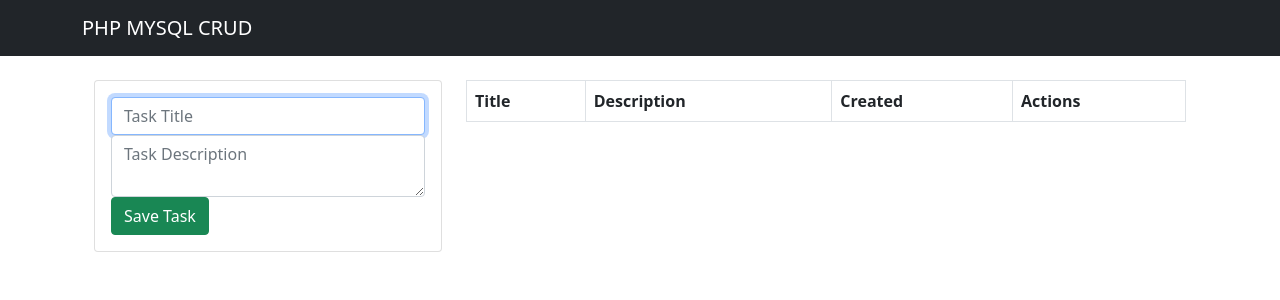
Repository: NickArregoces/Task_Crud
Page: http://localhost/
The author's editor kept a copy of each file at every save. The page is drawn from the files as they stood at one save, then again after the next save.
The browser window is 1280 px wide. The pictures show the whole page.
Some web libraries are served in a nearby version. The page is run by PHP 8.4 with error messages shown; the project is at /var/www/html/.

Above is the page before, as saved 2022-03-19 07:23:07.

After the next save:
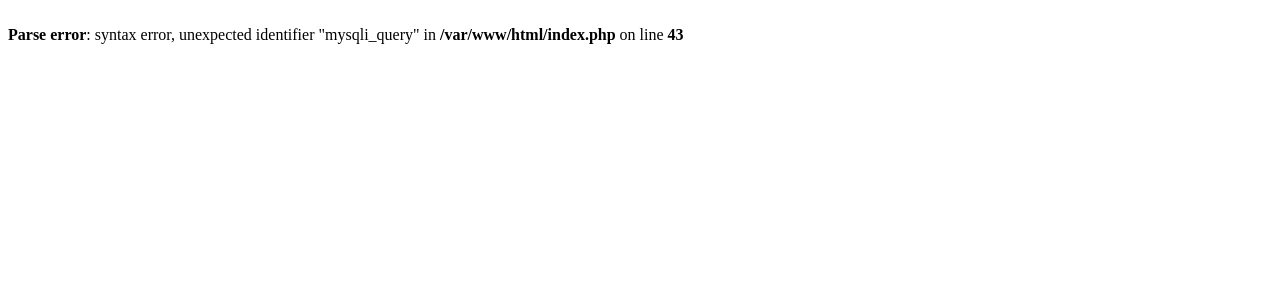
Saved 41 s later.
--- a/index.php
+++ b/index.php
@@ -40,6 +40,7 @@
                     <tbody>
                         <?php
                             $query = "SELECT * FROM task"
+                            mysqli_query($conn, $query);
                         ?>
                     </tbody>
                 </table>
